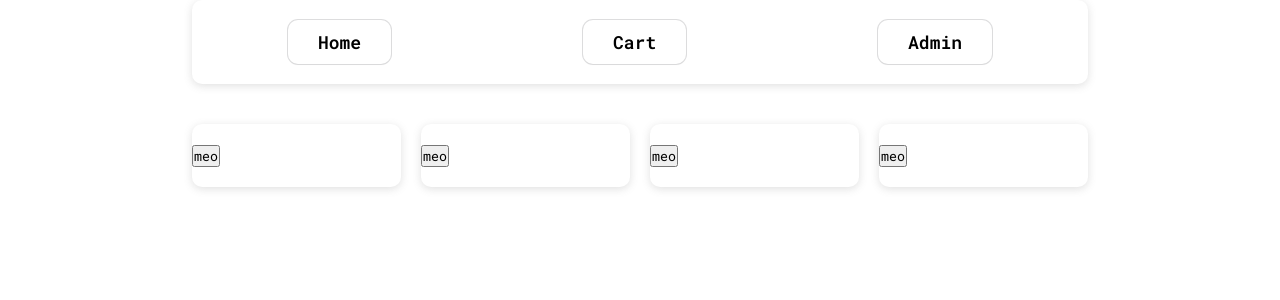
Repository: tuankiet10920/vuejs
Page: /
An editor plug-in stored every save of this project. The page is shown before and after the next save, followed by the edit.
The browser window is 1280 px wide. The pictures show the whole page.
The project was rebuilt for these pictures with package versions that can differ from the ones it lists, and the page was loaded fresh each time. Also part of the build but not shown: vite.config.js, src/components/button.vue.

Above is the page before, as saved 2024-08-24 13:40:07.

### index.html
<!DOCTYPE html>
<html lang="en">

<head>
  <meta charset="UTF-8">
  <link rel="icon" href="/favicon.ico">
  <meta name="viewport" content="width=device-width, initial-scale=1.0">
  <title>Vite App</title>
  <link rel="stylesheet"
    href="https://fonts.googleapis.com/css2?family=Material+Symbols+Outlined:opsz,wght,FILL,GRAD@24,400,0,0" />
  <link rel="preconnect" href="https://fonts.googleapis.com">
  <link rel="preconnect" href="https://fonts.gstatic.com" crossorigin>
  <link href="https://fonts.googleapis.com/css2?family=Roboto+Mono:ital,wght@0,100..700;1,100..700&display=swap"
    rel="stylesheet">
  <style>
    * {
      margin: 0;
      padding: 0;
      box-sizing: border-box;
      list-style: none;
      text-decoration: none;
      font-family: "Roboto Mono", monospace;
      font-style: normal;
    }

    body {
      width: 100%;
      display: flex;
      justify-content: center;
    }

    #app {
      width: 70%;
    }
  </style>
</head>

<body>
  <div id="app"></div>
  <script type="module" src="/src/main.js"></script>
</body>

</html>

### src/main.js
import { createApp } from 'vue'
import App from './App.vue'
import router from './router'
import lsProduct from '../public/data/lsProduct.json';

if(!localStorage.getItem('lsProduct')){
    localStorage.setItem('lsProduct', JSON.stringify(lsProduct));
}
if(!localStorage.getItem('cart')){
    let cart = [];
    localStorage.setItem('cart', JSON.stringify(cart));
}
const app = createApp(App)

app.use(router)

app.mount('#app')

### src/App.vue
<template>

  <!-- header -->
  <Header />

  <!-- pages render here -->
  <RouterView />

</template>
<script>
import { RouterLink, RouterView } from 'vue-router'
import Header from './components/header.vue'
export default {
  components: {
    Header
  }
}

</script>

### src/router/index.js
import { createRouter, createWebHistory } from 'vue-router'

const router = createRouter({
  history: createWebHistory(import.meta.env.BASE_URL),
  routes: [
    {
      path: '/',
      name: 'home',
      component: () => import('../views/HomeView.vue')
    },
    {
      path: '/admin',
      name: 'admin',
      component: () => import('../views/AdminView.vue')
    },
    {
      path: '/cart',
      name: 'cart',
      component: () => import('../views/CartView.vue')
    }
  ]
})

export default router

### public/data/lsProduct.json
[
    {
        "id" : 1,
        "name" : "Donna Born In Roma",
        "price" : 1000000,
        "image" : "product-1.webp"
    },
    {
        "id" : 2,
        "name" : "Frangipani Flower Cologne",
        "price" : 2000000,
        "image" : "product-2.webp"
    },
    {
        "id" : 3,
        "name" : "Glossier You Eau",
        "price" : 3000000,
        "image" : "product-3.webp"
    },
    {
        "id" : 4,
        "name" : "Mini Cheirosa",
        "price" : 4000000,
        "image" : "product-4.webp"
    }
]

### src/components/header.vue
<template>
    <div class="header">
        <ul>
            <li>
                <RouterLink to="/">Home</RouterLink>
            </li>
            <li>
                <RouterLink to="/cart">Cart</RouterLink>
            </li>
            <li>
                <RouterLink to="/admin">Admin</RouterLink>
            </li>
        </ul>
    </div>
</template>

<script>
export default {

}
</script>

<style>
.header {
    width: 100%;
    padding: 20px 0px;
    border-radius: 10px;
    box-shadow: rgba(99, 99, 99, 0.2) 0px 2px 8px 0px;
    margin-bottom: 40px;
}

.header ul {
    display: flex;
    justify-content: space-around;
    width: 100%;
}

.header ul li {
    box-shadow: rgba(0, 0, 0, 0.02) 0px 1px 3px 0px, rgba(27, 31, 35, 0.15) 0px 0px 0px 1px;
    padding: 10px 30px;
    border-radius: 10px;
    transition: all .3s ease-in-out;
}

.header ul li a {
    color: #000;
    font-size: 18px;
    font-weight: 600;
}

.header ul li:hover {
    box-shadow: rgba(50, 50, 93, 0.25) 0px 30px 60px -12px inset, rgba(0, 0, 0, 0.3) 0px 18px 36px -18px inset;
    border-radius: 0px;
}

.header ul li:hover a {
    color: #fff;
}
</style>

### src/views/HomeView.vue
<template>
  <!-- products -->
  <Products />
</template>

<script>
import Products from '../components/products.vue'
export default {
  components: {
    Products
  }
}
</script>

### src/components/products.vue
<template>
    <div class="products">
        <Product v-for="element in products" :key="element.id" :name="element.name" :price="element.price"
            :image="element.image" />
    </div>
</template>

<script>
import Product from './product.vue'

export default {
    methods: {
        clickDebug() {
            console.log(this.products);
        }
    },
    components: {
        Product
    },
    data() {
        return {
            products: JSON.parse(localStorage.getItem('lsProduct'))
        }
    }

}
</script>

<style scoped>
.products {
    width: 100%;
    display: grid;
    grid-template-columns: repeat(auto-fit, minmax(calc(100% / 5), 1fr));
    gap: 20px;
}
</style>

### src/components/product.vue
<template>
    <div class="box">
        <!-- <div class="image">
            <img :src="strimage" alt="product-1">
        </div>
        <div class="content">
            <div class="name">
                <p>{{ product.name }}</p>
            </div>
            <div class="price">
                <p>{{ product.price }}đ</p>
            </div>
            <Button />
        </div> -->
        <button @click="clickDebug">meo</button>
    </div>
</template>

<script>
import Button from './button.vue'
export default {
    props: {
        // product: {
        //     name: String,
        //     price: Number,
        //     image: String
        // }
    },
    methods: {
        clickDebug() {
            console.log(this.strimage);
        }
    },
    data() {
        return {
            strimage: '../../public/img/' + this.image,
            product: {
                name: this.name,
                price: this.price,
                image: this.image
            }
        }
    },
    components: {
        Button
    }
}
</script>


<style scoped>
.box {
    width: 100%;
    box-shadow: rgba(99, 99, 99, 0.2) 0px 2px 8px 0px;
    padding: 20px 0px;
    transition: all .3s ease-in-out;
    border-radius: 10px;
}

.box:hover img {
    transform: scale(1.2);
}

.box:hover {
    box-shadow: rgba(0, 0, 0, 0.25) 0px 54px 55px, rgba(0, 0, 0, 0.12) 0px -12px 30px, rgba(0, 0, 0, 0.12) 0px 4px 6px, rgba(0, 0, 0, 0.17) 0px 12px 13px, rgba(0, 0, 0, 0.09) 0px -3px 5px;
}

.image {
    width: 100%;
    height: 200px;
    display: flex;
    justify-content: center;
    align-items: center;
}

.image img {
    width: 70%;
    height: 80%;
    transition: all .3s ease-in-out;
}

.content {
    text-align: center;
}

.price {
    margin: 20px 0px;
}
</style>

After the next save:
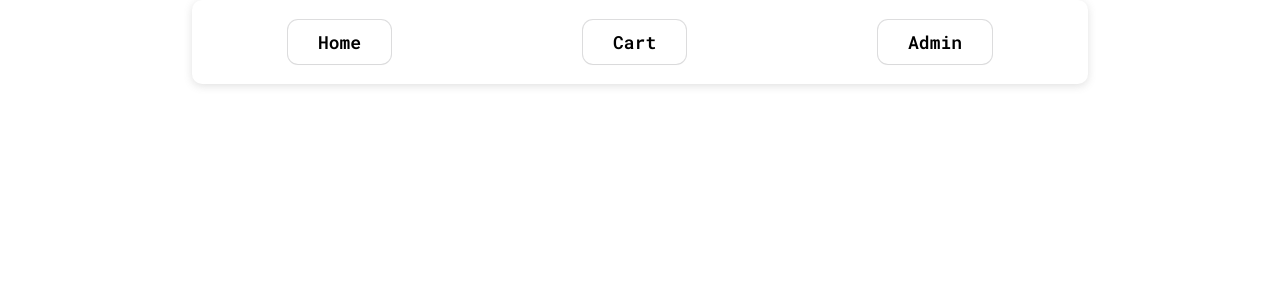
Saved 2 min 6 s later.
--- a/src/components/product.vue
+++ b/src/components/product.vue
@@ -18,17 +18,16 @@
 
 <script>
 import Button from './button.vue'
+const props = defineProps({
+    name: String,
+    price: Number,
+    image: String
+})
+const { widths } = roRefs(props);
 export default {
-    props: {
-        // product: {
-        //     name: String,
-        //     price: Number,
-        //     image: String
-        // }
-    },
     methods: {
         clickDebug() {
-            console.log(this.strimage);
+            console.log(widths.name);
         }
     },
     data() {

After the save that followed:
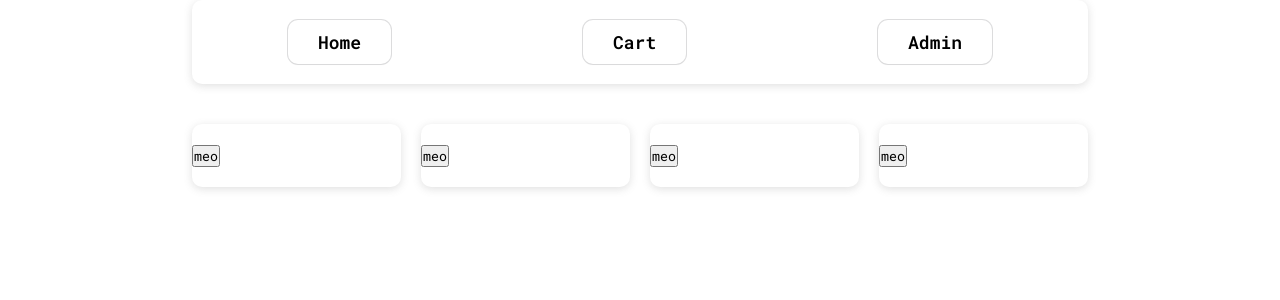
Saved 31 s later.
--- a/src/components/product.vue
+++ b/src/components/product.vue
@@ -18,12 +18,6 @@
 
 <script>
 import Button from './button.vue'
-const props = defineProps({
-    name: String,
-    price: Number,
-    image: String
-})
-const { widths } = roRefs(props);
 export default {
     methods: {
         clickDebug() {
